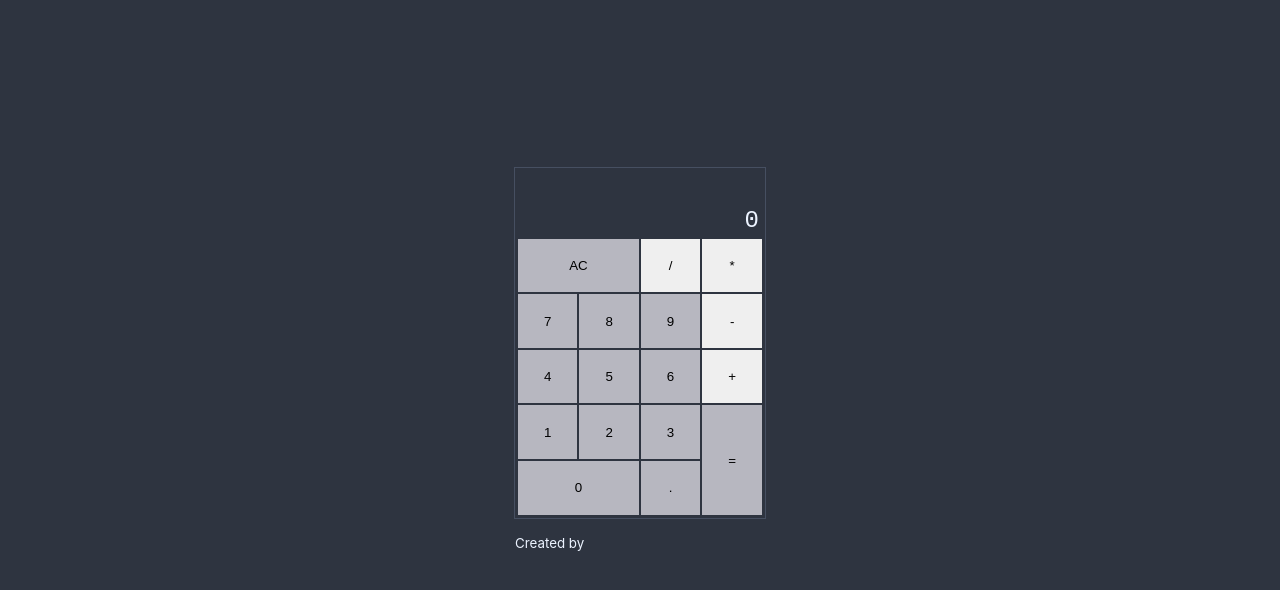
Repository: asing44/FCC
Page: / (app in Front-End-Projects/Calculator/)
These files come from the project's save history. The page is drawn as it stood at one moment and after the next save; the edit follows.
The browser window is 1280 px wide. The pictures show the whole page.
The project was rebuilt for these pictures with package versions that can differ from the ones it lists, and the page was loaded fresh each time. Also part of the build but not shown: Front-End-Projects/Calculator/vite.config.js.

Above is the page before, as saved 2024-12-14 00:28:23.

After the next save:
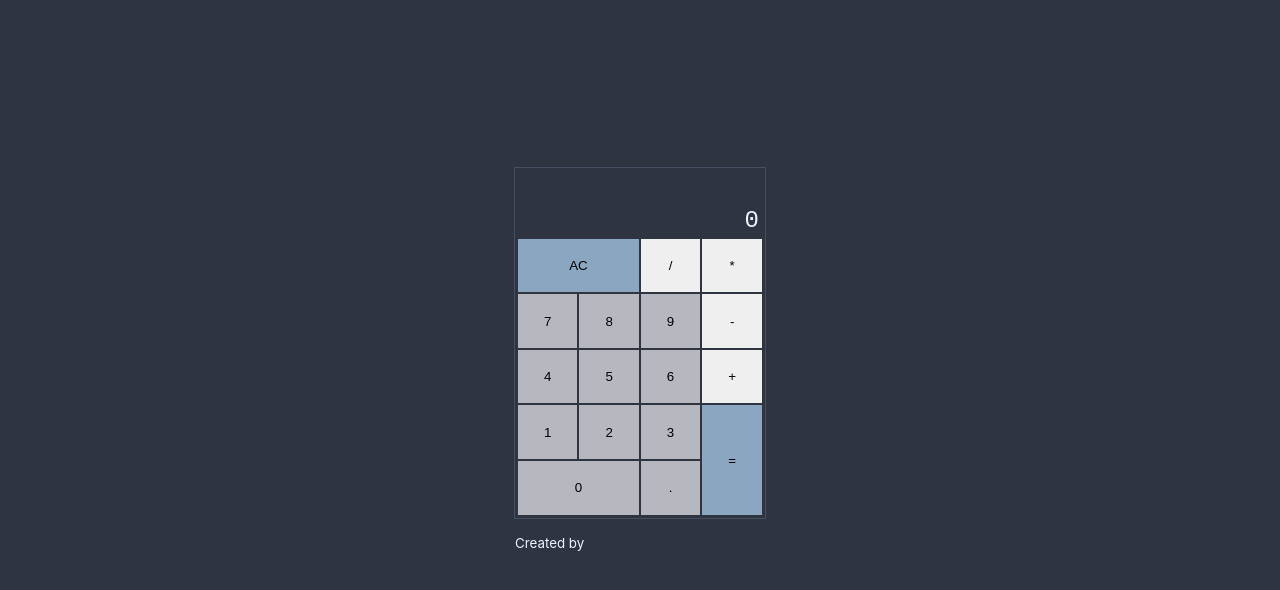
Saved 64 s later.
--- a/Front-End-Projects/Calculator/src/CalculatorMain.vue
+++ b/Front-End-Projects/Calculator/src/CalculatorMain.vue
@@ -159,11 +159,11 @@ function calculate() {
 }
 
 .btnAction--AC {
-    background-color: #b7b7c0;
+    background-color: #8BA6C0;
 }
 
 .btnAction--enter {
-    background-color: #b7b7c0;
+    background-color: #8BA6C0;
 }
 
 /* ---------------------------------- Areas --------------------------------- */
